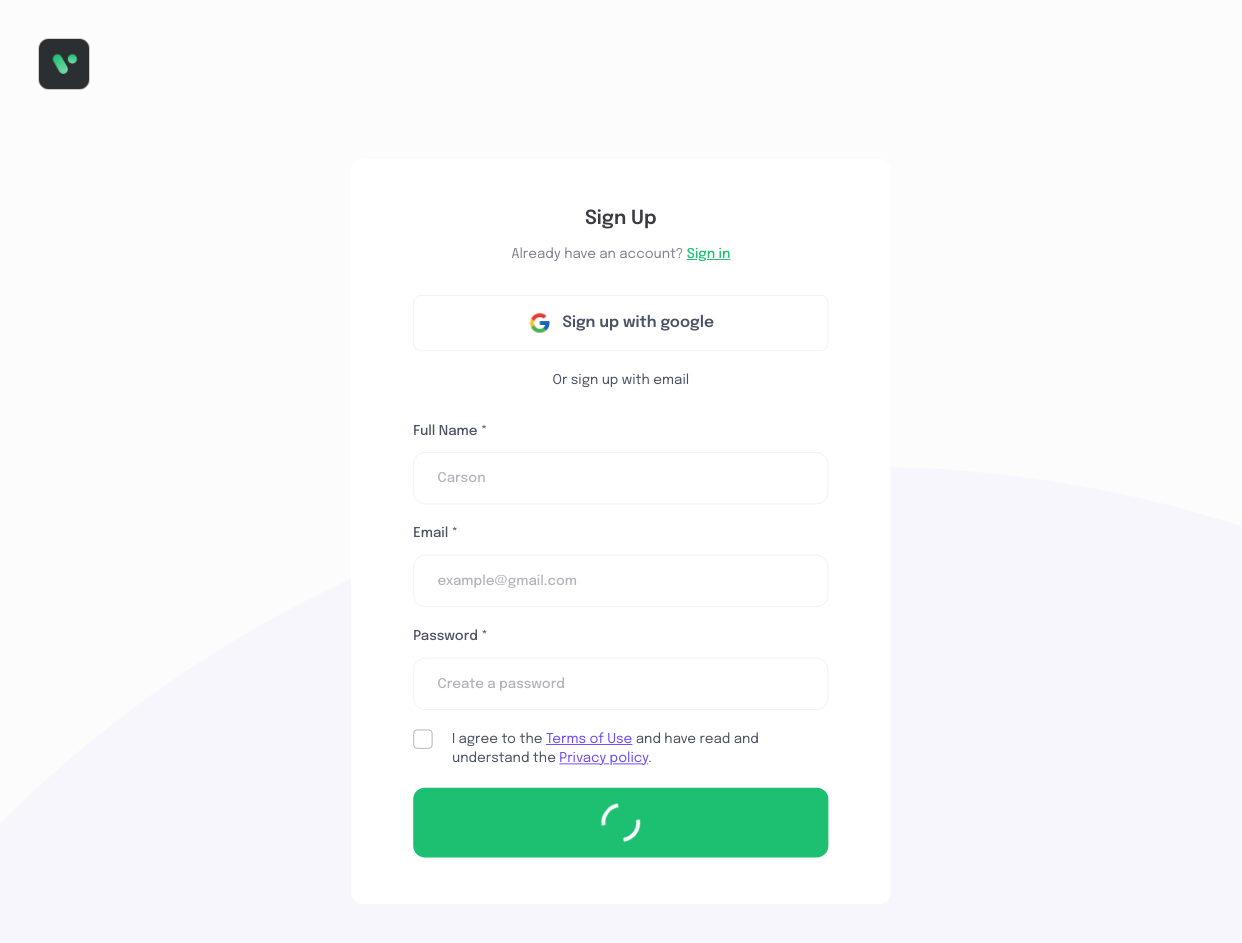
Repository: CarsonDev1/Crowfunding
Page: /sign-up
The author's editor kept a copy of each file at every save. The page is drawn from the files as they stood at one save, then again after the next save.
The browser window is 1280 px wide. The pictures show the whole page, at 97% of full size.
The project was rebuilt for these pictures with package versions that can differ from the ones it lists, and the page was loaded fresh each time. Also part of the build but not shown: src/components/common/ErrorComponent.jsx, src/pages/SignIn.jsx.

Above is the page before, as saved 2023-04-07 13:05:38.

After the next save:
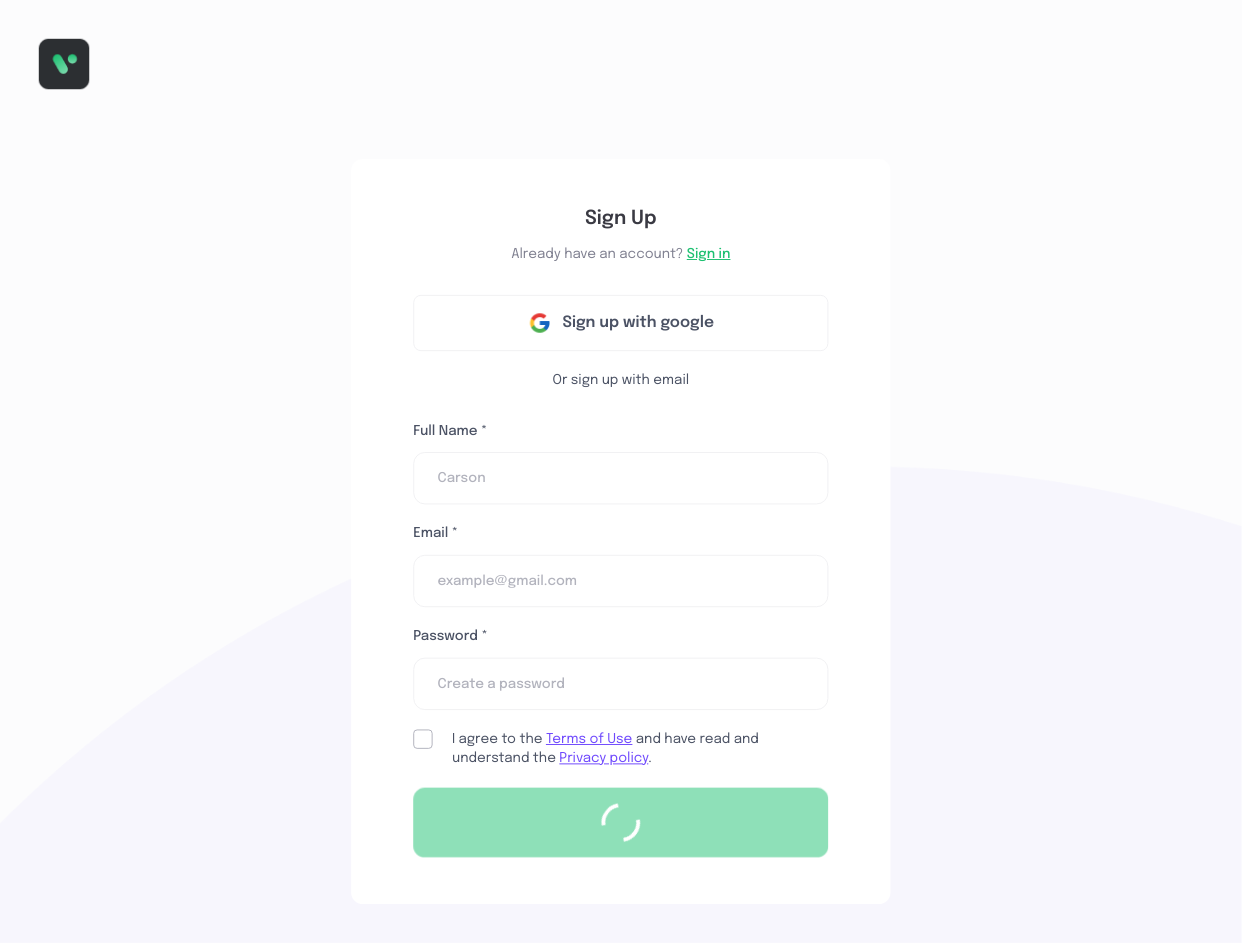
Saved 42 s later.
--- a/src/components/button/Button.jsx
+++ b/src/components/button/Button.jsx
@@ -9,7 +9,9 @@ function Button({ type = "button", children, className = "", isLoading = false,
 	);
 	return (
 		<button
-			className={`flex items-center justify-center p-4 text-base font-semibold rounded-xl min-h-[56px] text-white ${className}`}
+			className={`flex items-center justify-center p-4 text-base font-semibold rounded-xl min-h-[56px] text-white ${
+				isLoading ? "opacity-50 pointer-events-none" : ""
+			} ${className}`}
 			type={type}
 			{...rest}
 		>
